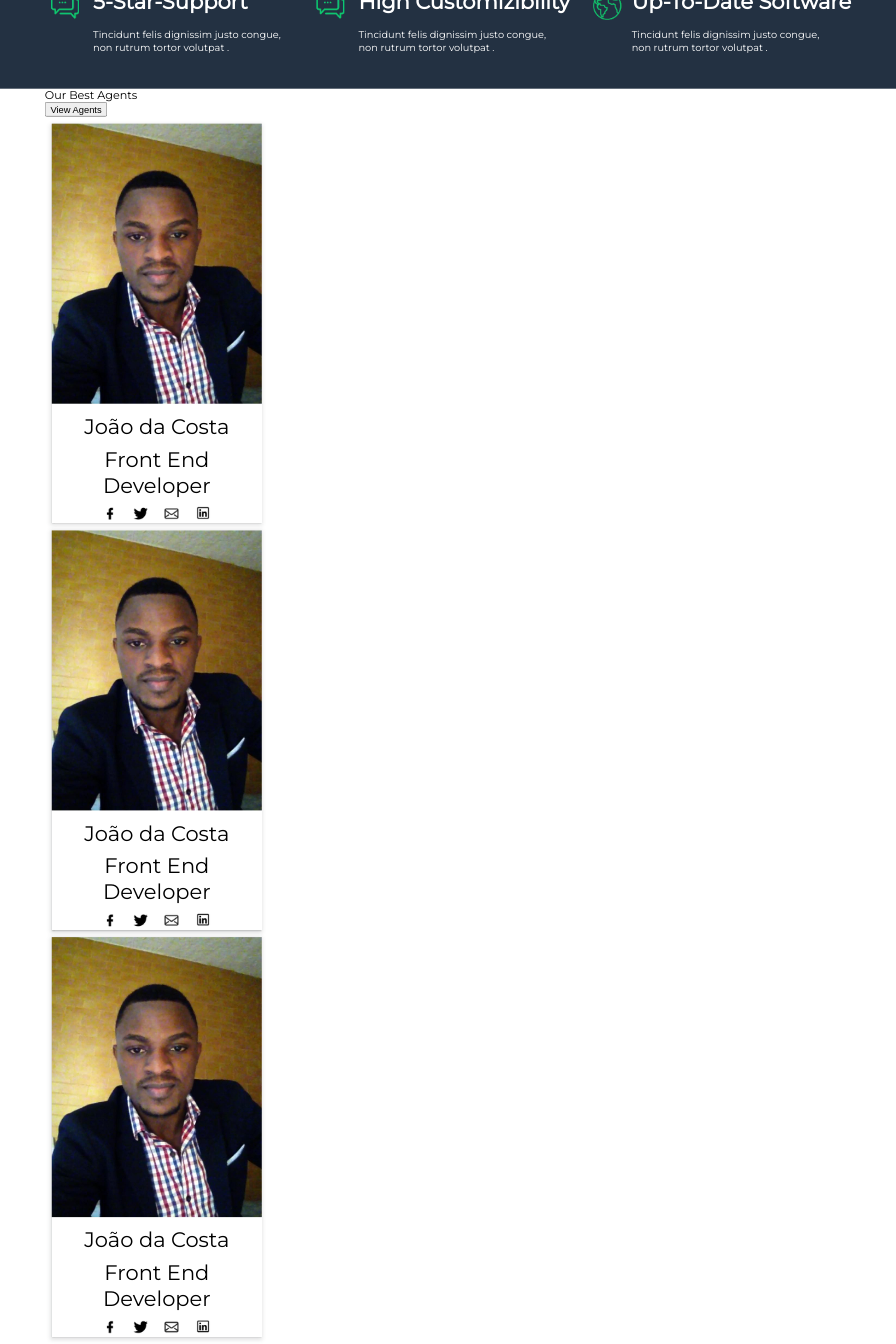
Repository: Yowani24/Real-Estate2
Page: index.html
The author's editor kept a copy of each file at every save. The page is drawn from the files as they stood at one save, then again after the next save.
The browser window is 1280 px wide. The pictures show the part of the page from y = 1634 to 3554 px (the page is 3554 px tall before and 3389 px after), at 70% of full size.
Some web fonts or font styles are not loaded; a fallback is used.

Above is the page before, as saved 2021-08-27 15:19:42.

After the next save:
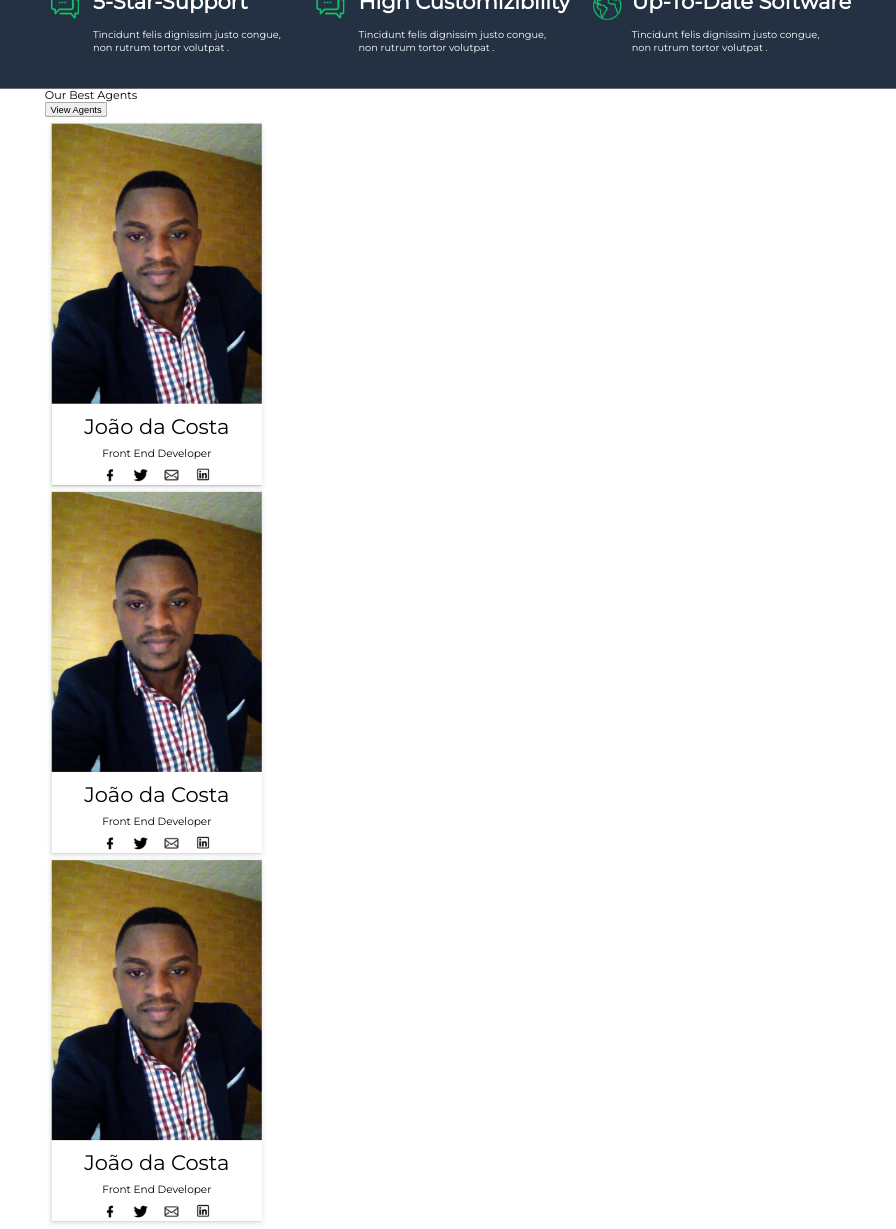
Saved 8 s later.
--- a/styles.css
+++ b/styles.css
@@ -206,7 +206,7 @@ Header .menu nav a{
     margin: 10px 0;
 }
 .agents_box p:nth-child(3){
-    font-size: 30px;
+    font-size: 15px;
     font-weight: 500;
     margin: 10px 0;
 }
